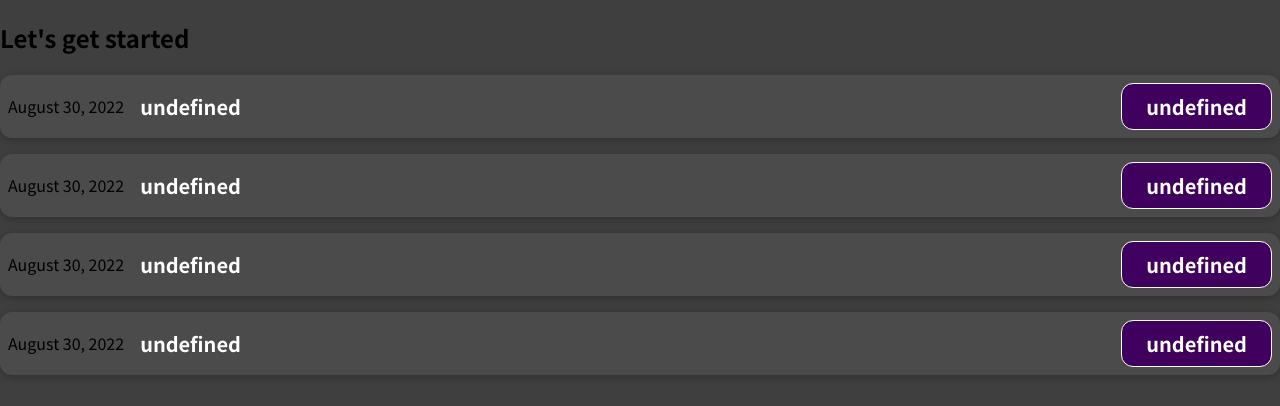
Repository: runner855/expense-tracker
Page: /
An editor plug-in stored every save of this project. The page is shown before and after a run of saves, followed by the edit.
The browser window is 1280 px wide. The pictures show the whole page.
The project was rebuilt for these pictures with package versions that can differ from the ones it lists, and the page was loaded fresh each time.

Above is the page before, as saved 2022-09-02 12:34:48.

### src/index.js
import React from 'react';
import ReactDOM from 'react-dom/client';
import expenses from './data/expenses.json';
import './styles/index.css';
import App from './components/App';

const root = ReactDOM.createRoot(document.getElementById('root'));
root.render(
  <React.StrictMode>
    <App expenses={expenses.expenses} />
  </React.StrictMode>
);

### src/data/expenses.json
{
  "expenses": [
    {
      "id": "e1",
      "title": "Toilet Paper",
      "amount": 94.12,
      "date": "new Date(2020, 7, 14)"
    },
    {
      "id": "e2",
      "title": "New TV",
      "amount": 799.49,
      "date": "new Date(2021, 2, 12)"
    },
    {
      "id": "e3",
      "title": "Car Insurance",
      "amount": 294.67,
      "date": "new Date(2021, 2, 28)"
    },
    {
      "id": "e4",
      "title": "New Desk (Wooden)",
      "amount": 450,
      "date": "new Date(2021, 5, 12)"
    }
  ]
}

### src/components/App.js
import React from 'react';
import ExpenseItem from '../components/ExpenseItem';


const App = () => {





  return (
    <div className="App">
      <h2>Let's get started</h2>
      <ExpenseItem />
      <ExpenseItem />
      <ExpenseItem />
      <ExpenseItem />



    </div>
  );
}

export default App;

### src/components/ExpenseItem.js
import React from 'react';
import '../styles/ExpenseItem.css'
import moment from 'moment';


const ExpenseItem = (props) => {

  const { date, title, amount } = props;
  console.log(props.expenses)
  const expenseDate = new Date(2021, 2, 28);
  const formattedDate = moment(expenseDate).format('LL')
  const expenseTitle = 'Car Insurance';
  const expenseAmount = 294.67;
  return (
    <div className='expense-item'>
      <div>{moment(props.date).format('LL')}</div>
      <div className='expense-item__description'>
        <h2>{`${props.title}`}</h2>
        <div className='expense-item__price'>{`${props.amount}`}</div>
      </div>
    </div>
  );
}

export default ExpenseItem;

### src/styles/ExpenseItem.css
.expense-item {
  display: flex;
  justify-content: space-between;
  align-items: center;
  box-shadow: 0 2px 8px rgba(0, 0, 0, 0.25);
  padding: 0.5rem;
  margin: 1rem 0;
  border-radius: 12px;
  background-color: #4b4b4b;
}

.expense-item__description {
  display: flex;
  flex-direction: column;
  gap: 1rem;
  align-items: flex-end;
  flex-flow: column-reverse;
  justify-content: flex-start;
  flex: 1;
}

.expense-item h2 {
  color: #3a3a3a;
  font-size: 1rem;
  flex: 1;
  margin: 0 1rem;
  color: white;
}

.expense-item__price {
  font-size: 1rem;
  font-weight: bold;
  color: white;
  background-color: #40005d;
  border: 1px solid white;
  padding: 0.5rem;
  border-radius: 12px;
}

@media (min-width: 580px) {
  .expense-item__description {
    flex-direction: row;
    align-items: center;
    justify-content: flex-start;
    flex: 1;
  }

  .expense-item__description h2 {
    font-size: 1.25rem;
  }

  .expense-item__price {
    font-size: 1.25rem;
    padding: 0.5rem 1.5rem;
  }
}

Loaded but not shown: public/index.html (common file); src/styles/index.css (common file)

After the next 2 saves:
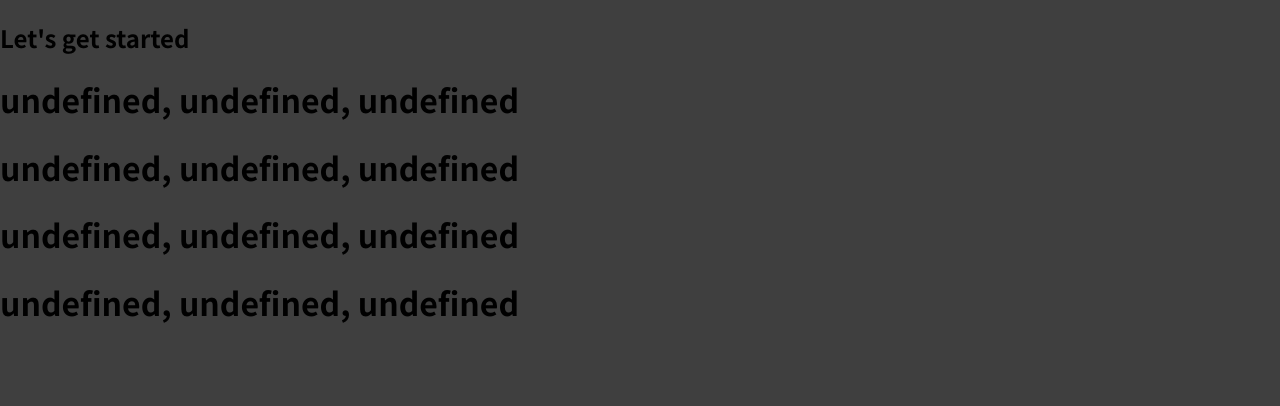
The 2 saves are shown as one change because 1 did not build or start.
The last was saved 2 min 15 s later.
--- a/src/components/ExpenseItem.js
+++ b/src/components/ExpenseItem.js
@@ -7,19 +7,8 @@ const ExpenseItem = (props) => {
 
   const { date, title, amount } = props;
   console.log(props.expenses)
-  const expenseDate = new Date(2021, 2, 28);
-  const formattedDate = moment(expenseDate).format('LL')
-  const expenseTitle = 'Car Insurance';
-  const expenseAmount = 294.67;
-  return (
-    <div className='expense-item'>
-      <div>{moment(props.date).format('LL')}</div>
-      <div className='expense-item__description'>
-        <h2>{`${props.title}`}</h2>
-        <div className='expense-item__price'>{`${props.amount}`}</div>
-      </div>
-    </div>
-  );
+
+  return <h1>{`${date}, ${title}, ${amount}`}</h1>;
 }
 
 export default ExpenseItem;
